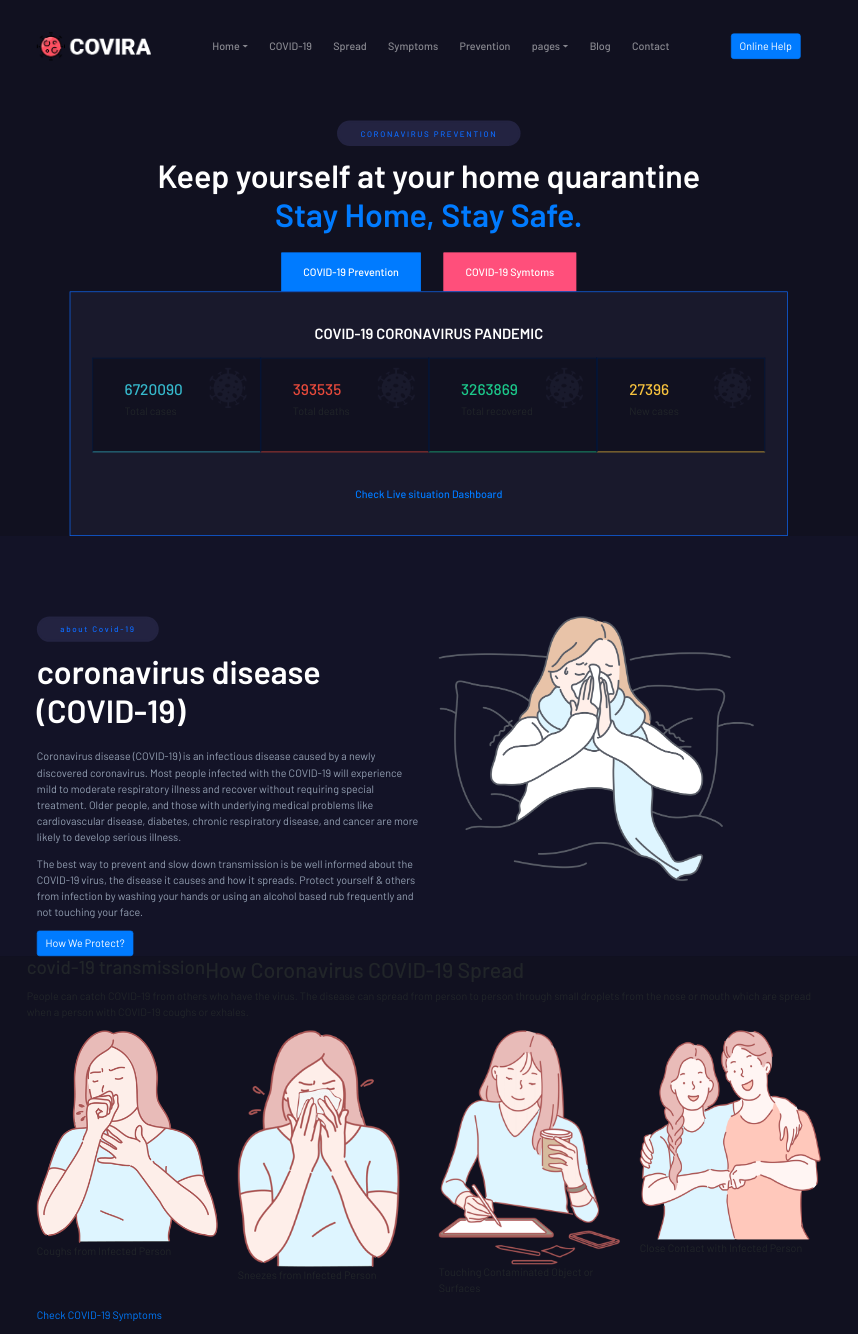
Repository: sitikhusushan/corona_updates
Page: index.html
These files come from the project's save history. The page is drawn as it stood at one moment and after the next save; the edit follows.
The browser window is 1280 px wide. The pictures show the whole page, at 67% of full size.

Above is the page before, as saved 2020-06-08 00:12:51.

After the next save:
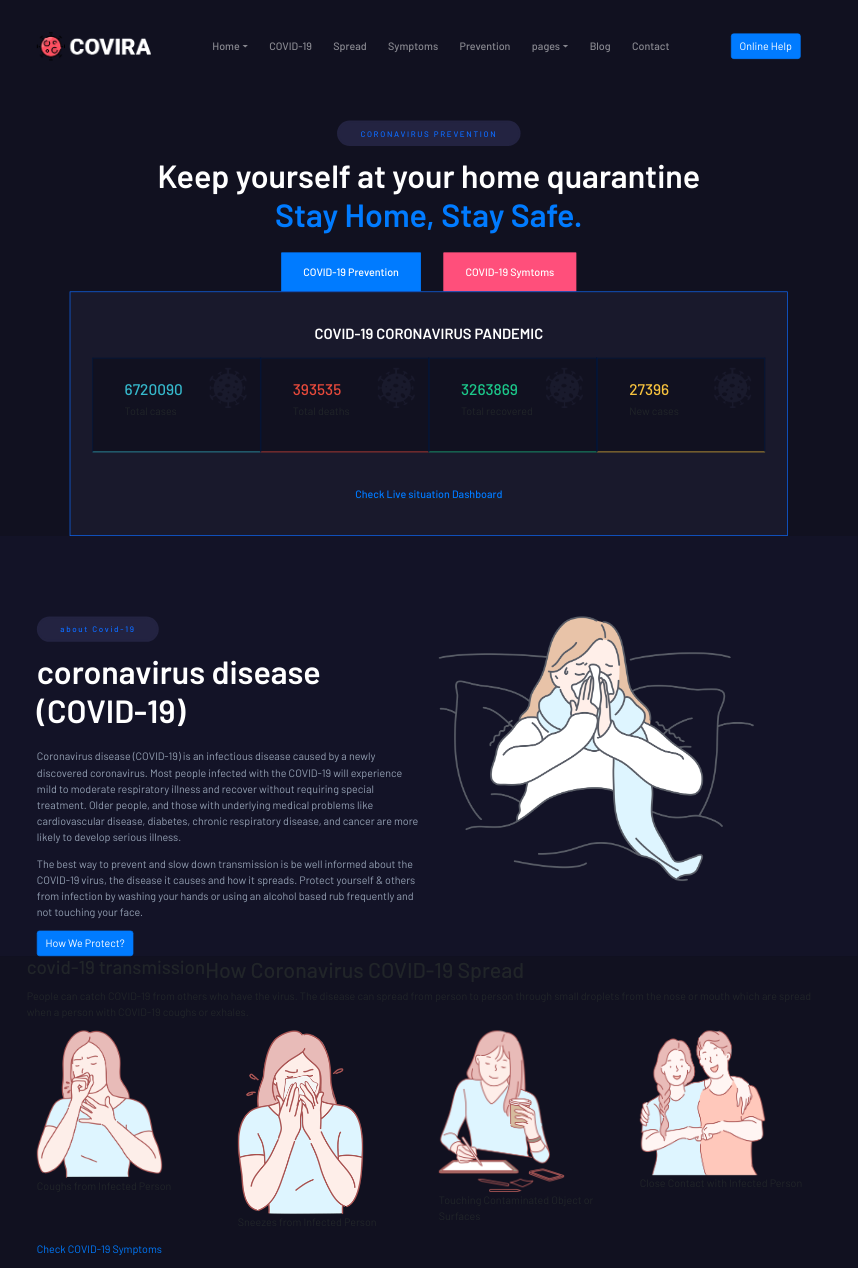
Saved 2 min 59 s later.
--- a/style.css
+++ b/style.css
@@ -239,6 +239,12 @@ h1 {
   height: auto;
 }
 
+/* transmission of css starts from here */
+.fluid img {
+  width: 187px;
+  height: auto;
+}
+
 @font-face {
   font-family: "Barlow";
   src: url("font/Barlow-Black.woff2") format("woff2"),
